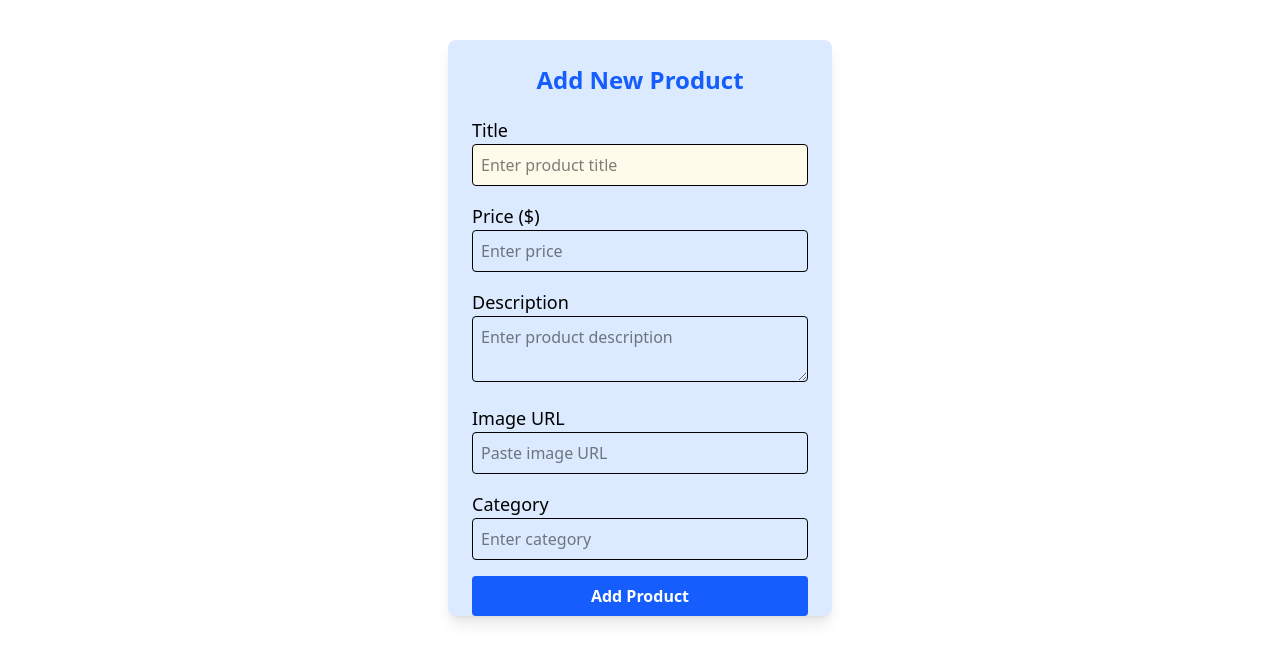
Repository: Habeebur1493/React-App
Page: /add-products
An editor plug-in stored every save of this project. The page is shown before and after the next save, followed by the edit.
The browser window is 1280 px wide. The pictures show the whole page.
The page's requests for data from a server got no answer. The project was rebuilt for these pictures with package versions that can differ from the ones it lists, and the page was loaded fresh each time. No one was signed in, and anything a server would have sent is missing. Also part of the build but not shown: vite.config.js, src/Components/Login.jsx, src/Components/Nav.jsx, src/Components/Loading.jsx, src/Components/Home.jsx, src/Components/Details.jsx, src/Components/About.jsx, src/Components/Services.jsx and 2 more.

Above is the page before, as saved 2025-02-01 15:20:53.

### index.html
<!doctype html>
<html lang="en">
  <head>
    <meta charset="UTF-8" />
    <meta name="viewport" content="width=device-width, initial-scale=1.0" />
    <title>Project</title>
  </head>
  <body>
    <div id="root"></div>
    <script type="module" src="/src/main.jsx"></script>
  </body>
</html>

### src/main.jsx
import React from "react";
import { createRoot } from "react-dom/client";
import App from "./App.jsx";
import { BrowserRouter } from "react-router-dom";
import Context from "./Components/utils/Context.jsx";
import { ToastContainer } from "react-toastify";

createRoot(document.getElementById("root")).render(
  <Context>
    <BrowserRouter>
      <App />
      <ToastContainer />
    </BrowserRouter>
    </Context>

);

### src/App.jsx
import React, { useState } from "react";
import "./App.css";
import { Route, Routes } from "react-router-dom";
import Login from "./Components/Login.jsx";
import Home from "./Components/Home.jsx";
import Details from "./Components/Details.jsx";
import About from "./Components/About.jsx";
import Services from "./Components/Services.jsx";
import Contact from "./Components/Contact.jsx";
import Addproducts from "./Components/Addproducts.jsx";
import ShowProducts from "./Components/ShowProducts.jsx";

const App = () => {
  const [selectedProduct, setSelectedProduct] = useState(null);

  return (
    <div className='h-screen w-screen flex'>
      <Routes>
        <Route path='/' element={<Login />} />
        <Route path='/Home' element={<Home />} />
        <Route path='/add-products' element={<Addproducts />} />
        <Route path='/details/:id' element={<Details />} />
        <Route path='/About' element={<About />} />
        <Route path='/Services' element={<Services />} />
        <Route path='/Contact' element={<Contact />} />
        <Route
          path='/show-products'
          element={
            <ShowProducts
              setSelectedProduct={setSelectedProduct}
              selectedProduct={selectedProduct}
            />
          }
        />
      </Routes>
    </div>
  );
};

export default App;

### src/Components/utils/Context.jsx
import React, { createContext, useEffect, useState } from "react";
import axios from "axios";

export const ProductContext = createContext();

const Context = ({children}) => {
  const [products, setproducts] = useState([]);

  const getproducts = async () => {
    try {
      const { data } = await axios.get("https://fakestoreapi.com/products");
      setproducts(data);
    } catch (error) {
      console.log( "Error Fetching products"  ,error);
    }
  };

  useEffect(() => {
    getproducts();
  }, []);

  return (
    <ProductContext.Provider value={{products, setproducts}}>
      {children}
    </ProductContext.Provider>
  );
};

export default Context;

### src/Components/Addproducts.jsx
import React, { useState, useEffect } from "react";
import { useNavigate } from "react-router-dom";
import { toast } from "react-toastify";

const AddProduct = ({ selectedProduct, setSelectedProduct }) => {
  const [formData, setFormData] = useState({
    title: "",
    price: "",
    description: "",
    image: "",
    category: "",
  });

  const navigate = useNavigate();

  // ✅ Agar koi product update ho raha ho toh uski details form me load ho
  useEffect(() => {
    if (selectedProduct) {
      setFormData(selectedProduct);
    }
  }, [selectedProduct]);

  const handleChange = (e) => {
    setFormData({ ...formData, [e.target.name]: e.target.value });
  };

  const handleSubmit = (e) => {
    e.preventDefault();
    let products = JSON.parse(localStorage.getItem("products")) || [];

    if (selectedProduct) {
      // ✅ Update existing product
      products = products.map((p) =>
        p.title === selectedProduct.title ? formData : p
      );
    } else {
      // ✅ Add new product
      products.push(formData);
    }

    localStorage.setItem("products", JSON.stringify(products));
    setFormData({
      title: "",
      price: "",
      description: "",
      image: "",
      category: "",
    });
    toast.success("Product added successfully!");
    navigate("/show-products");
    setSelectedProduct(null);
  };

  return (
    <div className='w-[30%] h-[80%] mx-auto bg-blue-100 p-6 rounded-lg shadow-lg mt-10'>
      <h2 className='text-2xl font-bold mb-5 text-center text-blue-600'>
        {selectedProduct ? "Update Product" : "Add New Product"}
      </h2>

      <form onSubmit={handleSubmit} className='space-y-4'>
        <div>
          <label className='block text-lg font-medium'>Title</label>
          <input
            type='text'
            name='title'
            value={formData.title}
            onChange={handleChange}
            required
            placeholder='Enter product title'
            className='w-full p-2 border bg-amber-50 rounded focus:ring-2 focus:ring-blue-500'
          />
        </div>

        <div>
          <label className='block text-lg font-medium'>Price ($)</label>
          <input
            type='number'
            name='price'
            value={formData.price}
            onChange={handleChange}
            required
            placeholder='Enter price'
            className='w-full p-2 border rounded focus:ring-2 focus:ring-blue-500'
          />
        </div>

        <div>
          <label className='block text-lg font-medium'>Description</label>
          <textarea
            name='description'
            value={formData.description}
            onChange={handleChange}
            required
            placeholder='Enter product description'
            className='w-full p-2 border rounded focus:ring-2 focus:ring-blue-500'
          />
        </div>

        <div>
          <label className='block text-lg font-medium'>Image URL</label>
          <input
            type='url'
            name='image'
            value={formData.image}
            onChange={handleChange}
            required
            placeholder='Paste image URL'
            className='w-full p-2 border rounded focus:ring-2 focus:ring-blue-500'
          />
        </div>

        <div>
          <label className='block text-lg font-medium'>Category</label>
          <input
            type='text'
            name='category'
            value={formData.category}
            onChange={handleChange}
            required
            placeholder='Enter category'
            className='w-full p-2 border rounded focus:ring-2 focus:ring-blue-500'
          />
        </div>

        <button
          type='submit'
          className='w-full bg-blue-600 hover:bg-blue-700 text-white font-bold py-2 rounded transition'
        >
          {selectedProduct ? "Update Product" : "Add Product"}
        </button>
      </form>
    </div>
  );
};

export default AddProduct;

Loaded but not shown: src/App.css (common file)

After the next save:
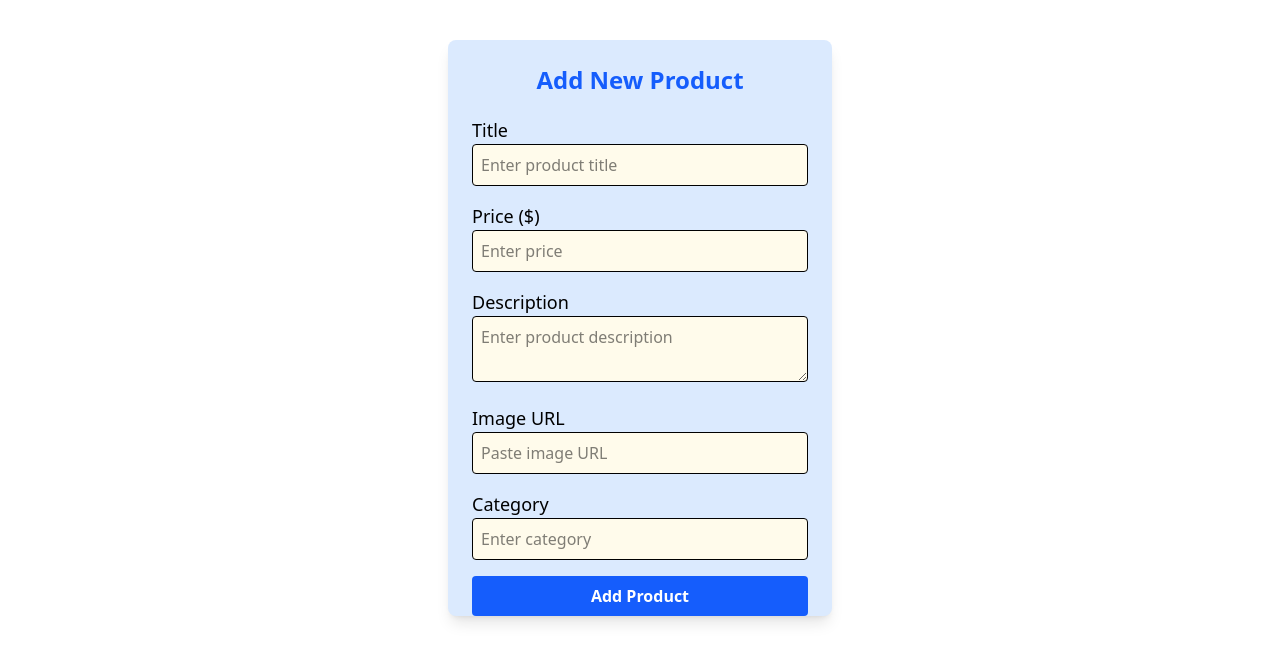
Saved 39 s later.
--- a/src/Components/Addproducts.jsx
+++ b/src/Components/Addproducts.jsx
@@ -80,7 +80,7 @@ const AddProduct = ({ selectedProduct, setSelectedProduct }) => {
             onChange={handleChange}
             required
             placeholder='Enter price'
-            className='w-full p-2 border rounded focus:ring-2 focus:ring-blue-500'
+            className='w-full p-2 border bg-amber-50 rounded focus:ring-2 focus:ring-blue-500'
           />
         </div>
 
@@ -92,7 +92,7 @@ const AddProduct = ({ selectedProduct, setSelectedProduct }) => {
             onChange={handleChange}
             required
             placeholder='Enter product description'
-            className='w-full p-2 border rounded focus:ring-2 focus:ring-blue-500'
+            className='w-full p-2 border bg-amber-50 rounded focus:ring-2 focus:ring-blue-500'
           />
         </div>
 
@@ -105,7 +105,7 @@ const AddProduct = ({ selectedProduct, setSelectedProduct }) => {
             onChange={handleChange}
             required
             placeholder='Paste image URL'
-            className='w-full p-2 border rounded focus:ring-2 focus:ring-blue-500'
+            className='w-full p-2 border bg-amber-50 rounded focus:ring-2 focus:ring-blue-500'
           />
         </div>
 
@@ -118,7 +118,7 @@ const AddProduct = ({ selectedProduct, setSelectedProduct }) => {
             onChange={handleChange}
             required
             placeholder='Enter category'
-            className='w-full p-2 border rounded focus:ring-2 focus:ring-blue-500'
+            className='w-full p-2 border bg-amber-50 rounded focus:ring-2 focus:ring-blue-500'
           />
         </div>
 
